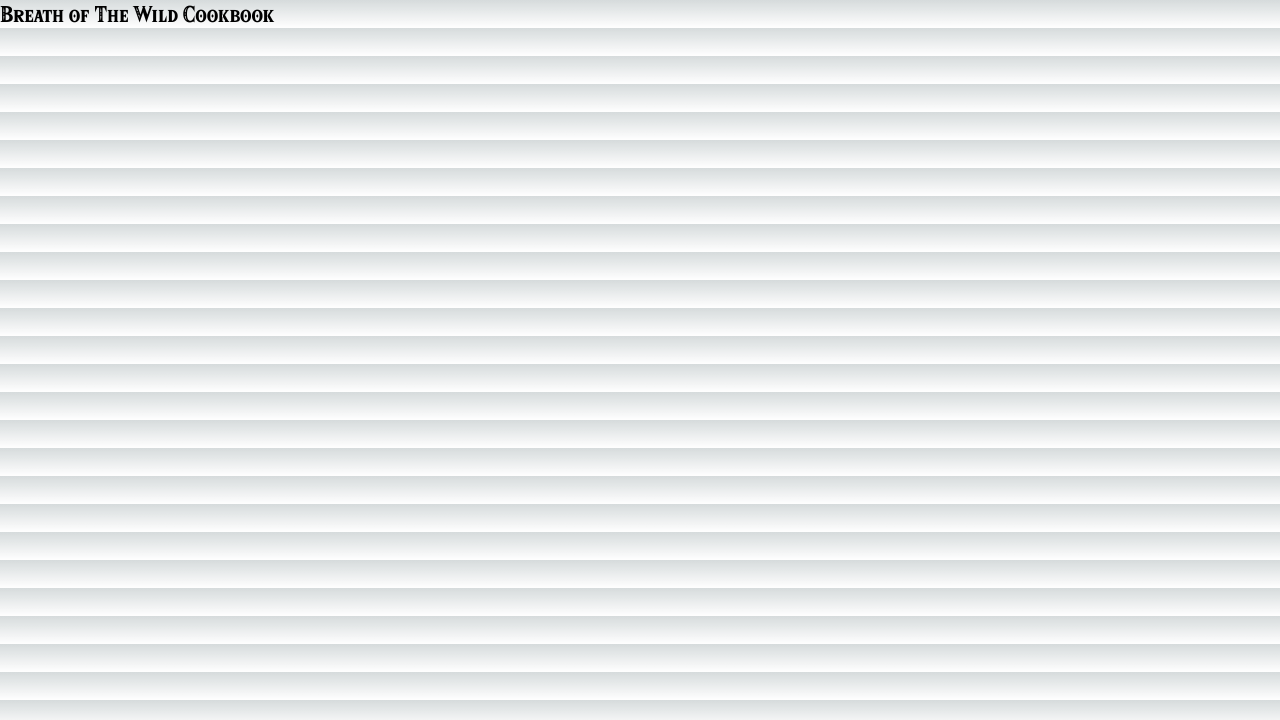
Repository: YanceMcFinn/Breath-of-The-Wild-Cookbook
Page: /
An editor plug-in stored every save of this project. The page is shown before and after the next save, followed by the edit.
The browser window is 1280 px wide. The pictures show the whole page.
The page's requests for data from a server got no answer. The project was rebuilt for these pictures with package versions that can differ from the ones it lists, and the page was loaded fresh each time. The framework's server and built-in components were replaced by stand-ins that run in the browser. No one was signed in, and anything a server would have sent is missing. Also part of the build but not shown: next.config.js, src/app/components/Card.tsx.

Above is the page before, as saved 2023-08-16 13:18:47.

After the next save:
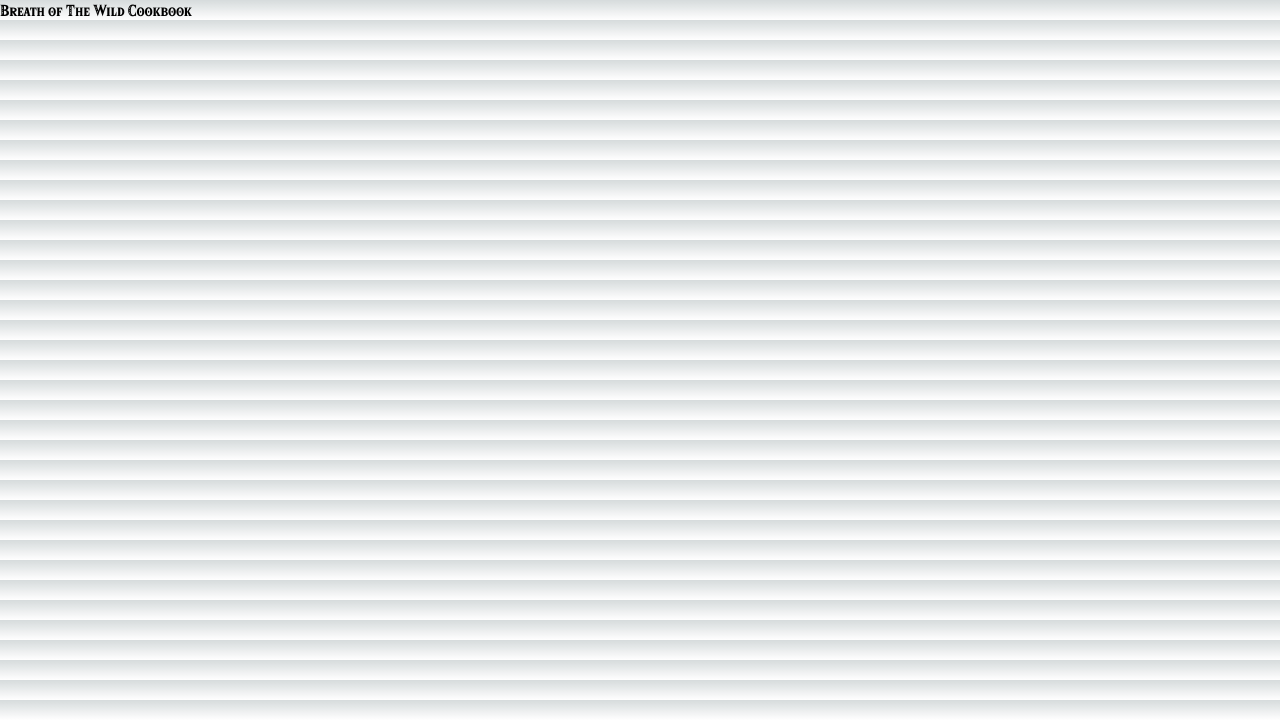
Saved 17 s later.
--- a/src/app/page.tsx
+++ b/src/app/page.tsx
@@ -21,7 +21,7 @@
   return (
     <main>
       <div>
-        <h1 className='hyliaFont text-xl'>Breath of The Wild Cookbook</h1>
+        <h1 className='hyliaFont text-sm'>Breath of The Wild Cookbook</h1>
       </div>
       <div className='grid grid-cols-3 gap-3 px-5'>
         {materials?.map((item)=>{
